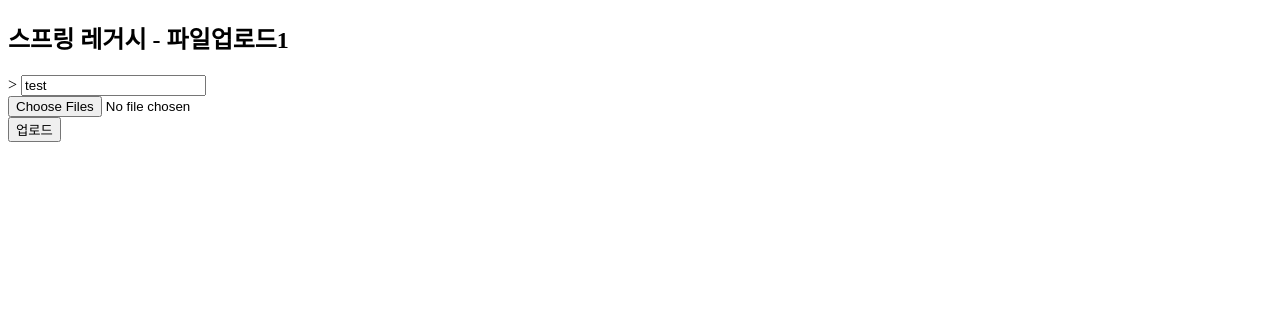
Repository: midrash/fileUpload-Test
Page: http://localhost/fileupload03-legacy/
These files come from the project's save history. The page is drawn as it stood at one moment and after the next save; the edit follows.
The browser window is 1280 px wide. The pictures show the whole page.
The page is served by Tomcat 9.

Above is the page before, as saved 2020-11-04 06:55:11.

After the next save:
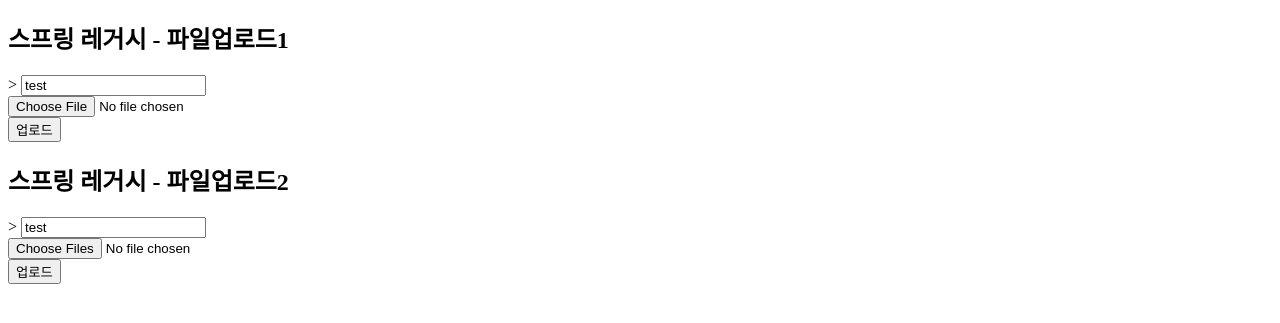
Saved 23 s later.
--- a/fileupload03-legacy/src/main/webapp/WEB-INF/views/index.jsp
+++ b/fileupload03-legacy/src/main/webapp/WEB-INF/views/index.jsp
@@ -10,6 +10,12 @@
 	<h2>스프링 레거시 - 파일업로드1</h2>
 	<form method="post" enctype="multipart/form-data" action="${pageContext.request.contextPath}/file/upload2.do"> <!-- dy일땐 직접 서블릿을 불러서 했었는데 스프링은 이렇게 하면 컨테이너가 관리하지 않아서 빈을 사용하지 못햄 그래서 이렇게 해서 켄테이너를 이용해야함 -->>
 	<input type="text" name="msg" value="test"><br>
+	<input type="file" name="attach"><br>
+	<button>업로드</button>
+	</form>
+	<h2>스프링 레거시 - 파일업로드2</h2>
+	<form method="post" enctype="multipart/form-data" action="${pageContext.request.contextPath}/file/upload2.do"> <!-- dy일땐 직접 서블릿을 불러서 했었는데 스프링은 이렇게 하면 컨테이너가 관리하지 않아서 빈을 사용하지 못햄 그래서 이렇게 해서 켄테이너를 이용해야함 -->>
+	<input type="text" name="msg" value="test"><br>
 	<input type="file" name="attach" multiple="multiple"><br>
 	<button>업로드</button>
 	</form>
